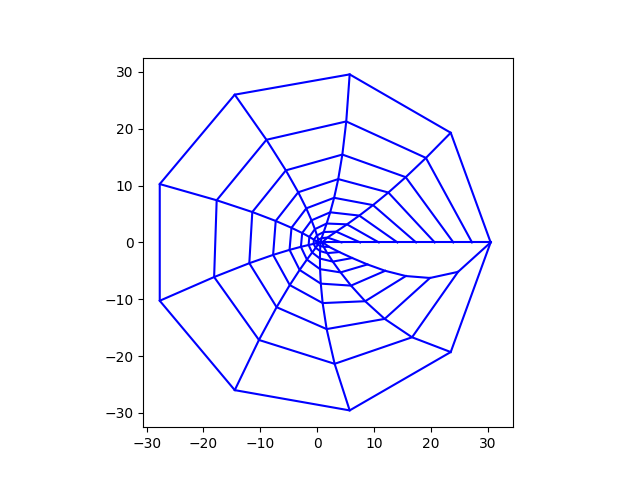
Repository: leiradom/CFDhomework
Script's output: python Laplaceequation/new.py
The author's editor kept a copy of each file at every save. The script's output is drawn from the files as they stood at one save, then again after the next save.
Random numbers start from a fixed seed.

Above is the script's output before, as saved 2021-04-08 14:08:17.

### Laplaceequation/new.py
import math
import numpy as np
import matplotlib.pyplot as plt


# n1 = int(input("请输入翼型表面离散点数"))
# n2 = int(input("请输入近场到远场离散点数"))
#NACA0012表面坐标
#y1 = 0.6 * (-0.1015 * x**4 + 0.2843 * x**3 - 0.3576 * x**2 - 0.1221 * x + 0.2969 * x ** 0.5)
#y2 = -0.6 * (-0.1015 * x**4 + 0.2843 * x**3 - 0.3576 * x**2 - 0.1221 * x + 0.2969 * x ** 0.5)

#沿x轴等间距变化翼型表面,这样不好
'''
for i in range (0,101):
    x = 0.01 *  i
    y1 = 0.6 * (-0.1015 * x**4 + 0.2843 * x**3 - 0.3576 * x**2 - 0.1221 * x + 0.2969 * x ** 0.5)
    y2 = -0.6 * (-0.1015 * x**4 + 0.2843 * x**3 - 0.3576 * x**2 - 0.1221 * x + 0.2969 * x ** 0.5)
    X[i] = x
    Y1[i] = y1
    Y2[i] = y2
plt.plot(X,Y1,'-o')
plt.plot(X,Y2,'-o')
plt.show()
'''



#定义常数
n1 = 10      #绕翼型一周的点数
n2 = 10       #从壁面到远场的离散点数
e1 = 0.1
e2 = 0.1
e0 = 1e-3      #设定收敛残值
dcx = 1     #求解域的横坐标离散
dcy = 1     #求解域的纵坐标离散
a = 0
b = 0
g = 0
#这里用linspace
Theta = np.linspace(0,2*math.pi,num = n1)
X0 = np.ones(n1)
Y0 = np.ones(n1)
X1 = np.ones(n1)
Y1 = np.ones(n1)
X = np.ones([n1,n2])    #存放所有点的横坐标
Y = np.ones([n1,n2])    #c
x2 = np.ones([n1,n2])    #迭代用
y2 = np.ones([n1,n2])    #迭代用

#-----------------------生成网格初值-------------------#
for i in range(0,n1):
    X0[i] = 0.5 * (1 + math.cos(Theta[i]))
    if(Theta[i]<math.pi):
        y = 0.6 * (-0.1015 * X0[i]**4 + 0.2843 * X0[i]**3 - 0.3576 * X0[i]**2 - 0.1221 * X0[i] + 0.2969 * X0[i] ** 0.5)
    else:
        y = -0.6 * (-0.1015 * X0[i]**4 + 0.2843 * X0[i]**3 - 0.3576 * X0[i]**2 - 0.1221 * X0[i] + 0.2969 * X0[i] ** 0.5)
    Y0[i] = y
    X1[i] = 30 * math.cos(Theta[i]) + 0.5
    Y1[i] = 30 * math.sin(Theta[i])
    #print(X0[i],Y0[i])
    for j in range(0,n2):
        dx = (X1[i] - X0[i]) / (n2 - 1)
        dy = (Y1[i] - Y0[i]) / (n2 - 1)
        X[i][j] = X0[i] + j * dx
        Y[i][j] = Y0[i] + j * dy

'''
#显示初始网格
for i in range(0,n1):
    plt.plot(X[i,:],Y[i,:],'-o',c='b')

for j in range(0,n2):
    plt.plot(X[:,j],Y[:,j],'-o',c='b')
plt.axis('square') #等比例显示
plt.show()         #放在最外面，最后只画一张图
'''
#-----------------------生成网格初值-------------------#


#迭代解Laplace方程生成网格


while((e1 > e0) or (e2 > e0)):
    for i in range(1,n1):
        for j in range(1,n2-1):
            if(i == n1 - 1):
                a = ((X[i][j+1]-X[i][j-1]) / (2*dcy))**2 + ((Y[i][j+1]-Y[i][j-1]) / (2*dcy))**2   #alpha
                b  = ((X[0][j]-X[i-1][j]) / (2*dcx)) * ((X[i][j+1] - X[i][j-1]) / (2*dcy)) \
                        + ((Y[0][j]-Y[i-1][j]) / (2*dcx))*((Y[i][j+1] - Y[i][j-1]) / (2*dcy))  #beta
                g  = ((X[0][j]-X[i-1][j]) / (2*dcx))**2 + ((Y[0][j]-Y[i-1][j]) / (2*dcx))**2  #gamma
                #开始迭代
                x2[i][j] = 0.5 * (a * (X[0][j] + X[i-1][j]) + g * (X[i][j+1] + X[i][j-1]) \
                - 0.5 * b * (X[0][j+1]+X[i-1][j-1]-X[0][j-1]-X[i-1][j+1])) / (a + g)
                y2[i][j] = 0.5 * (a * (Y[0][j] + Y[i-1][j]) + g * (Y[i][j+1] + Y[i][j-1]) \
                - 0.5 * b * (Y[0][j+1]+ Y[i-1][j-1]- Y[0][j-1]- Y[i-1][j+1])) / (a + g)
                e1 = abs(X[i][j] - x2[i][j])
                e2 = abs(Y[i][j] - y2[i][j])
                X[i][j] = x2[i][j]   #更新迭代的x坐标
                Y[i][j] = y2[i][j]   #更新迭代的y坐标
            else:
                a = ((X[i][j+1]-X[i][j-1]) / (2*dcy))**2 + ((Y[i][j+1]-Y[i][j-1]) / (2*dcy))**2   #alpha
                b  = ((X[i+1][j]-X[i-1][j]) / (2*dcx)) * ((X[i][j+1] - X[i][j-1]) / (2*dcy)) \
                        + ((Y[i+1][j]-Y[i-1][j]) / (2*dcx))*((Y[i][j+1] - Y[i][j-1]) / (2*dcy))  #beta
                g  = ((X[i+1][j]-X[i-1][j]) / (2*dcx))**2 + ((Y[i+1][j]-Y[i-1][j]) / (2*dcx))**2  #gamma
                #开始迭代
                x2[i][j] = 0.5 * (a * (X[i+1][j] + X[i-1][j]) + g * (X[i][j+1] + X[i][j-1]) \
                - 0.5 * b * (X[i+1][j+1]+X[i-1][j-1]-X[i+1][j-1]-X[i-1][j+1])) / (a + g)
                y2[i][j] = 0.5 * (a * (Y[i+1][j] + Y[i-1][j]) + g * (Y[i][j+1] + Y[i][j-1]) \
                - 0.5 * b * (Y[i+1][j+1]+ Y[i-1][j-1]- Y[i+1][j-1]- Y[i-1][j+1])) / (a + g)
                e1 = abs(X[i][j] - x2[i][j])
                e2 = abs(Y[i][j] - y2[i][j])
                X[i][j] = x2[i][j]   #更新迭代的x坐标
                Y[i][j] = y2[i][j]   #更新迭代的y坐标

#最终绘图
for i in range(0,n1):
    plt.plot(X[i,:],Y[i,:],c='b')

for j in range(0,n2):
    plt.plot(X[:,j],Y[:,j],c='b')
plt.axis('square') #等比例显示
plt.show()         #放在最外面，最后只画一张图

After the next save:
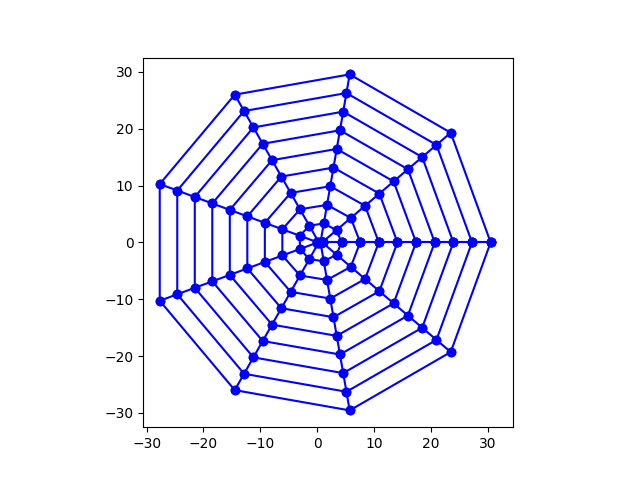
Saved 52 s later.
--- a/Laplaceequation/new.py
+++ b/Laplaceequation/new.py
@@ -64,7 +64,7 @@ for i in range(0,n1):
         X[i][j] = X0[i] + j * dx
         Y[i][j] = Y0[i] + j * dy
 
-'''
+
 #显示初始网格
 for i in range(0,n1):
     plt.plot(X[i,:],Y[i,:],'-o',c='b')
@@ -73,15 +73,15 @@ for j in range(0,n2):
     plt.plot(X[:,j],Y[:,j],'-o',c='b')
 plt.axis('square') #等比例显示
 plt.show()         #放在最外面，最后只画一张图
-'''
+
 #-----------------------生成网格初值-------------------#
 
 
 #迭代解Laplace方程生成网格
 
-
+'''
 while((e1 > e0) or (e2 > e0)):
-    for i in range(1,n1):
+    for i in range(0,n1):
         for j in range(1,n2-1):
             if(i == n1 - 1):
                 a = ((X[i][j+1]-X[i][j-1]) / (2*dcy))**2 + ((Y[i][j+1]-Y[i][j-1]) / (2*dcy))**2   #alpha
@@ -120,3 +120,4 @@ for j in range(0,n2):
     plt.plot(X[:,j],Y[:,j],c='b')
 plt.axis('square') #等比例显示
 plt.show()         #放在最外面，最后只画一张图
+'''
